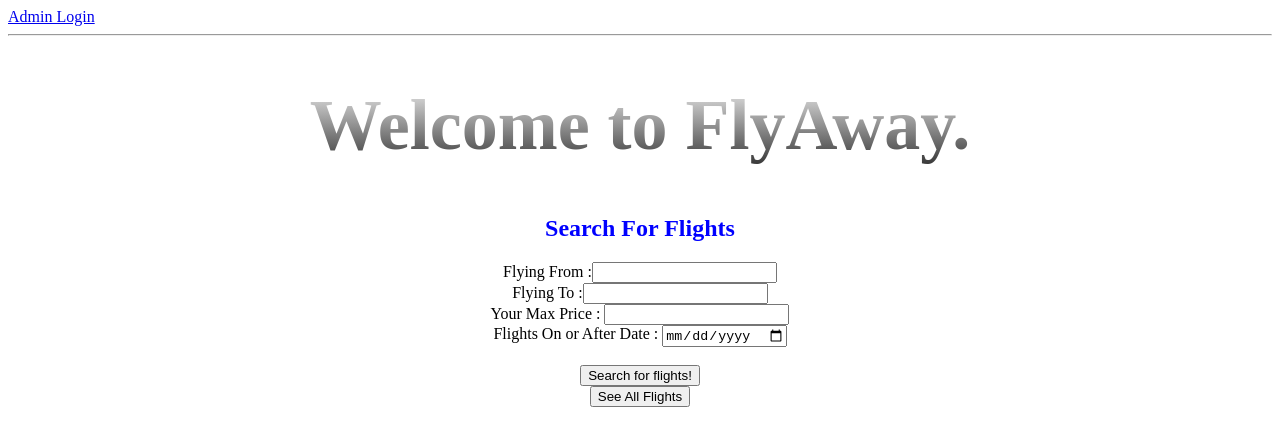
Repository: tuskhillare/FlyAway-1.0-
Page: http://localhost/FlyAway/
These files come from the project's save history. The page is drawn as it stood at one moment and after the next save; the edit follows.
The browser window is 1280 px wide. The pictures show the whole page.
The page is served by Tomcat 9.

Above is the page before, as saved 2021-10-01 15:32:38.

After the next save:
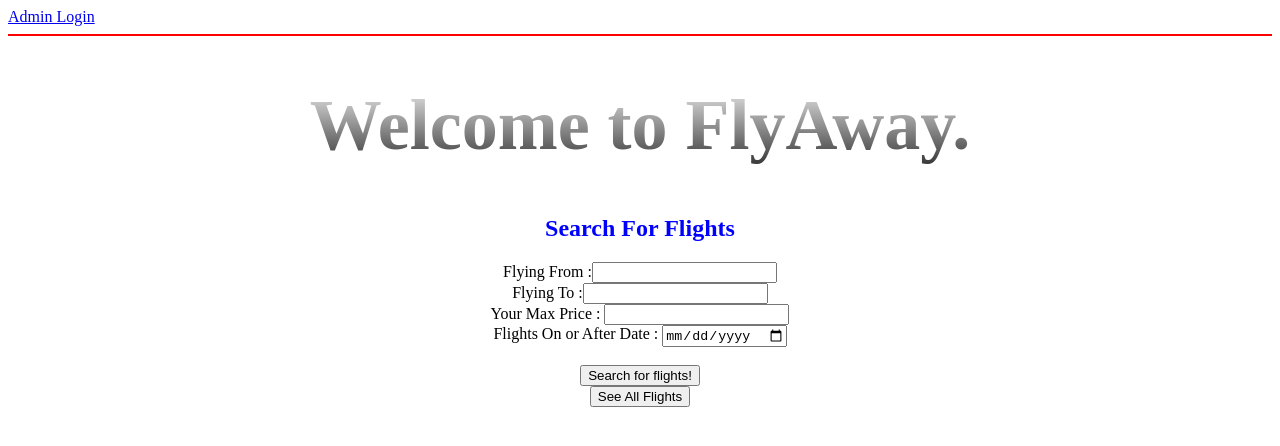
Saved 78 s later.
--- a/Source Code/FlyAway/src/main/webapp/index.jsp
+++ b/Source Code/FlyAway/src/main/webapp/index.jsp
@@ -12,7 +12,7 @@ h2 {
 color:blue;
 }
 
-hr.new4 {
+hr {
   border: 1px solid red;
 }
 
